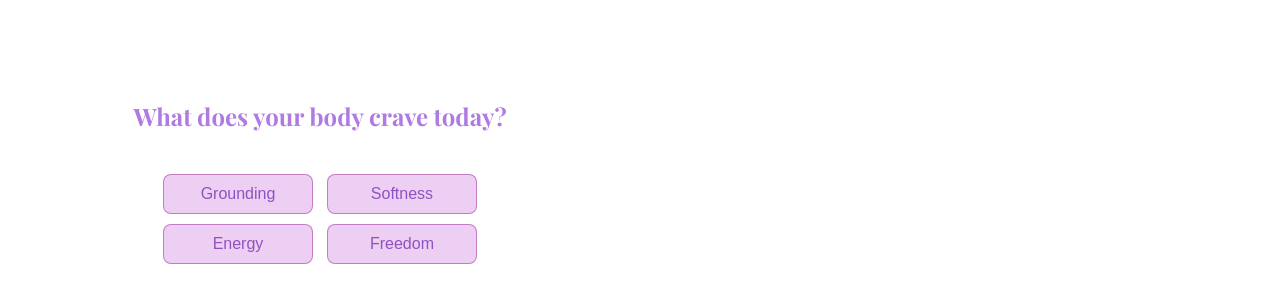
Repository: karim0829/Bella-Oter-Project
Page: index.html
These files come from the project's save history. The page is drawn as it stood at one moment and after the next save; the edit follows.
The browser window is 1280 px wide. The pictures show the whole page.
Some web fonts or font styles are not loaded; a fallback is used.

Above is the page before, as saved 2025-06-30 21:00:14.
Console error: TypeError: Cannot read properties of null (reading 'addEventListener')

### index.html
  <!--
   Name: Karim Mohamed
   Project: Bella Oter
   Date: 6.30.25
   Start Time: 7PM EST

  -->

<!DOCTYPE html>
<html lang="en">
<head>
    <meta charset="UTF-8">
    <meta name="viewport" content="width=device-width, initial-scale=1.0">
    <title>Bella Oter</title>
    <!--Google font-->
    <link rel="preconnect" href="https://fonts.googleapis.com">
    <link rel="preconnect" href="https://fonts.gstatic.com" crossorigin>
    <link href="https://fonts.googleapis.com/css2?family=Leckerli+One&family=Playfair+Display:ital,wght@0,400..900;1,400..900&display=swap" rel="stylesheet">
    <link rel="stylesheet" href = "style.css">
    <script src = 'script.js'></script>
</head>
<body>
    <div class = 'flex'>
    <br>
    <br>


    <header>
        <!--Header with buttons-->
    <form>
         <br>
         <br>
        <label><h1>What does your body crave today?</h1></label><br>
        <button type = 'submit' id = 'grounding' name='grounding'>Grounding</button>
        <button type = 'submit' id = 'softness' name='softness'>Softness</button><br>
        <button type = 'submit' id = 'energy' name='energy'>Energy</button>
        <button type = 'submit' id = 'freedom' name='freedom'>Freedom</button>
    </form>
    <br>
    </header>
    <!--Content-->
<section>
    <br>
    <div class="wrap">
    <h1>The Rooted One</h1>
    <button type = 'button'>TENCEL Soft</button><br><br>

    <h2>Embrace Bodysuit</h2>
    <p><em>Offers stability and comfort</em></p>

    </div>

       <div class="wrap">
    <h1>The Unbound</h1>
    <button type = 'button'>Cooling Mesh</button><br><br>
    <button class="block" type = 'submit'></button>
    <h2>Brushed Cotton Veil</h2>
    <p><em>Drapes you in weightless softness for calm, quiet days.</em></p>

    </div>

       <div class="wrap">
    <h1>The Sparked</h1>
    <button type = 'button'>Active Mesh Blend</button><br><br>

    <button class="block" type = 'submit'></button>
    <h2>Ignite Leggings</h2>
    <p><em>Designed to move with power, precision, and pulse.</em></p>

    </div>

       <div class="wrap">
    <h1>The Aligned Mind</h1>
    <button type = 'button'>Cooling Mesh</button><br><br>

    <button class="block" type = 'submit'></button>
    <h2>Focus Bralette</h2>
    <p><em>Crafted to support clarity, presence, and breath.</em></p>

    </div>
</section>
</div>
</body>
</html>

### style.css
body {
    text-align: center;
    font-family:"playfair display";
    padding:0;
    margin:0;
}

form h1 {
    font-size:24px;
    text-align: center;
    color:rgba(125, 37, 207, 0.613);

}

 form button {
    width: 150px;
    height: 40px;
    cursor: pointer;
    border: 1px solid rgba(128, 0, 128, 0.401);;
    border-radius: 8px;
    background-color: #edcff3;
    font-size: 16px;
    margin-top:10px;
    margin:5px;
    transition: all 0.3s ease;
    color:rgba(85, 4, 160, 0.613);
}

 button:hover {
    background-color:rgb(219, 55, 219);

}

#start-over  {
    width: 150px;
    height: 40px;
    cursor: pointer;
    border: 1px solid rgba(128, 0, 128, 0.401);;
    border-radius: 8px;
    background-color: transparent;
    font-size: 16px;
    margin-top:10px;
    margin:5px;
    transition: all 0.3s ease;
    color:rgba(85, 4, 160, 0.613);
}

#start-over:hover {
        background-color:rgb(219, 55, 219);

}



.block {
    width:150px;
    height:120px;
    border:none;

}



@media (min-width: 768px) {
  .flex {
    flex-direction: row;
    align-items: flex-start;
  }

  header, section {
    width: 50%;
    text-align: center;
  }
}
 img {
    border-radius:10px;
 }

.wrap {
    color:rgb(165, 80, 174);
    border: 1px solid purple;
    width:250px;
    background-color: rgb(233, 223, 243);
    text-align: center;
}

### script.js
document.addEventListener('DOMContentLoaded', function () {
  var question = document.querySelector('header form');   // the question + four option buttons
  var section  = document.querySelector('section');       // holds the four product cards
  var cards    = section.querySelectorAll('.wrap');       // each individual card

  section.style.display = 'none';                         // hide cards at first

  function showCard(i) {
    question.style.display = 'none';                      // hide only the question area
    section.style.display  = 'block';                     // reveal the card zone
    for (var j = 0; j < cards.length; j++) {
      cards[j].style.display = (j === i) ? 'block' : 'none';
    }
  }

  var ids = ['grounding', 'softness', 'energy', 'freedom'];
  for (var i = 0; i < ids.length; i++) {
    (function (idx) {
      document.getElementById(ids[idx]).addEventListener('click', function (e) {
        e.preventDefault();
        showCard(idx);                                    // show the matching card
      });
    })(i);
  }

  document.getElementById('start-over').addEventListener('click', function (e) {
    e.preventDefault();
    section.style.display  = 'none';                      // hide cards
    question.style.display = 'block';                     // show question again
  });
});

After the next save:
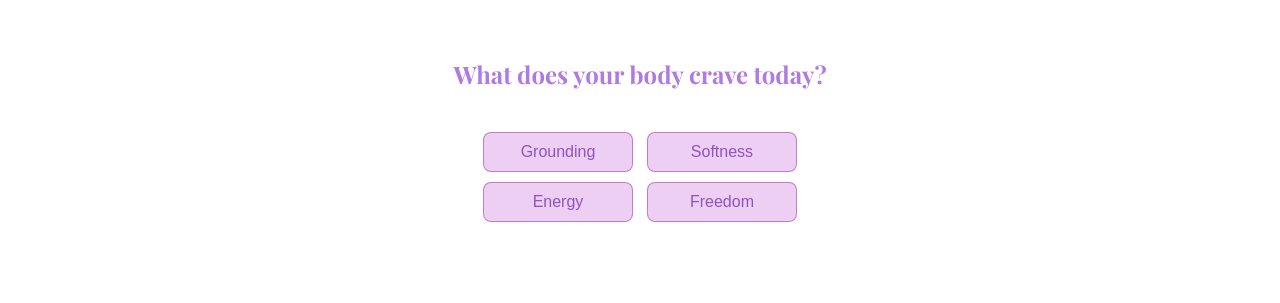
Saved 4 s later.
--- a/style.css
+++ b/style.css
@@ -59,7 +59,12 @@ form h1 {
 
 }
 
-
+.flex {
+  display: flex;
+  flex-direction: column;
+  justify-content: center;
+  align-items: center;
+}
 
 @media (min-width: 768px) {
   .flex {
